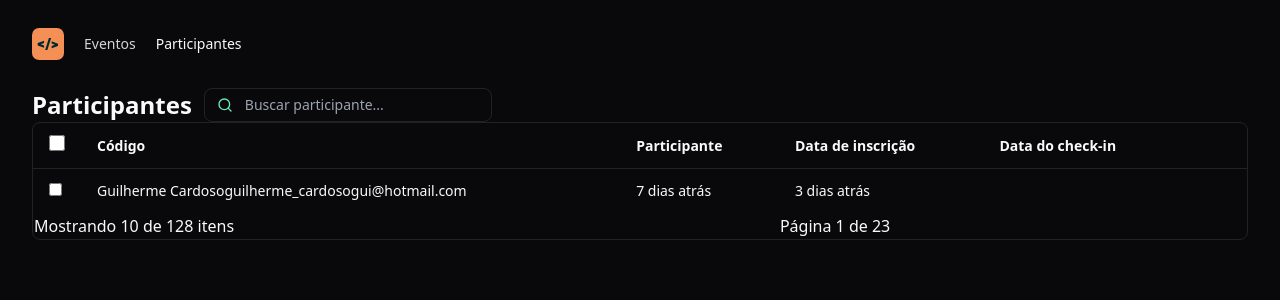
Repository: guilhermecardoso93/nlw-unite-react-2024
Page: /
An editor plug-in stored every save of this project. The page is shown before and after the next save, followed by the edit.
The browser window is 1280 px wide. The pictures show the whole page.
The project was rebuilt for these pictures with package versions that can differ from the ones it lists, and the page was loaded fresh each time. Also part of the build but not shown: vite.config.ts.

Above is the page before, as saved 2024-04-01 21:47:49.

### src/App.tsx
import { Header } from "./components/header";
import { AttendeeList } from "./components/attendee-list";

export function App() {

  return (
    <div className="max-w-[1216px] mx-auto py-5 flex flex-col gap-5">
      <Header />
      <AttendeeList />
    </div>
  )
}

### src/components/header.tsx
import Logo from "../assets/nlw-unite-icon.svg";

export function Header() {
  return (
    <div className="flex items-center gap-5 py-2">
      <img src={Logo} alt="logo" />

      <nav className="flex items-center gap-5">
        <a href="" className="font-medium text-sm text-zinc-300">Eventos</a>
        <a href="" className="font-medium text-sm">Participantes</a>
      </nav>
    </div>
  );
}

### src/components/attendee-list.tsx
import { Search } from "lucide-react";

//ChevronLeft,  ChevronRight,  ChevronsLeft,  ChevronsRight,  MoreHorizontal,

export function AttendeeList() {
  return (
    <div>
      <div className="flex gap-3 items-center">
        <h1 className="text-2xl font-bold">Participantes</h1>
        <div className="px-3 py-1.5 border border-white/10 rounded-lg text-sm w-72 flex items-center gap-3">
          <Search className="size-4 text-emerald-300" />
          <input
            placeholder="Buscar participante..."
            className="bg-transparent flex-1 outline-none"
          />
        </div>
      </div>

      <div className="border border-white/10 rounded-lg">
        <table className="w-full  ">
          <thead>
            <tr className="border-b border-white/10">
              <th
                style={{ width: 48 }}
                className="py-3 px-4 text-sm font-semibold text-left"
              >
                <input
                  type="checkbox"
                  className="size-4 bg-black/20 rounded border border-white/10"
                />
              </th>
              <th className="py-3 px-4 text-sm font-semibold text-left">
                Código
              </th>
              <th className="py-3 px-4 text-sm font-semibold text-left">
                Participante
              </th>
              <th className="py-3 px-4 text-sm font-semibold text-left">
                Data de inscrição
              </th>
              <th className="py-3 px-4 text-sm font-semibold text-left">
                Data do check-in
              </th>
              <th
                style={{ width: 64 }}
                className="py-3 px-4 text-sm font-semibold text-left"
              ></th>
            </tr>
          </thead>
          <tbody>
            <tr>
              <td className="py-3 px-4 text-sm">
                <input type="checkbox" />
              </td>
              <td className="py-3 px-4 text-sm">
                <div>
                  <span>Guilherme Cardoso</span>
                  <span>guilherme_cardosogui@hotmail.com</span>
                </div>
              </td>
              <td className="py-3 px-4 text-sm">7 dias atrás</td>
              <td className="py-3 px-4 text-sm">3 dias atrás</td>
              <td className="py-3 px-4 text-sm"></td>
            </tr>
          </tbody>
          <tfoot>
            <tr>
              <td colSpan={3}>Mostrando 10 de 128 itens</td>
              <td colSpan={3}>Página 1 de 23</td>
            </tr>
          </tfoot>
        </table>
      </div>
    </div>
  );
}

### tailwind.config.js
/** @type {import('tailwindcss').Config} */
export default {
  content: [
    "./index.html",
    "./src/**/*.{js,ts,jsx,tsx}"
  ],
  theme: {
    extend: {},
  },
  plugins: [
    //require('@tailwindcss/forms')
  ],
}

Loaded but not shown: index.html (common file); src/main.tsx (common file); src/index.css (common file)

After the next save:
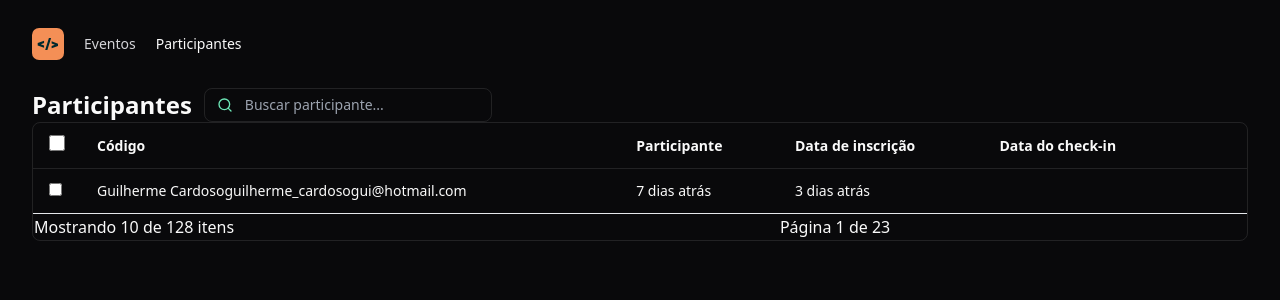
Saved 56 s later.
--- a/src/components/attendee-list.tsx
+++ b/src/components/attendee-list.tsx
@@ -48,7 +48,7 @@ export function AttendeeList() {
             </tr>
           </thead>
           <tbody>
-            <tr>
+            <tr className="border-b bor-white/10">
               <td className="py-3 px-4 text-sm">
                 <input type="checkbox" />
               </td>
